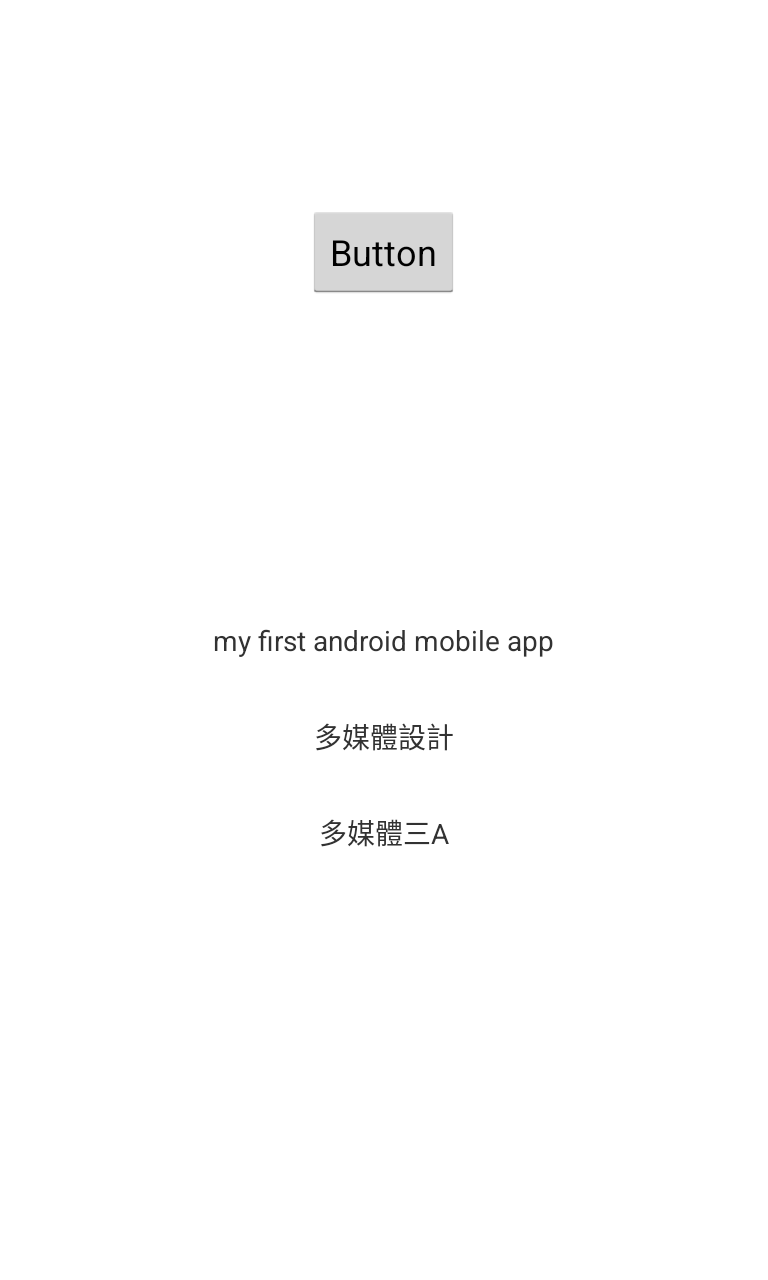
Repository: ericluo1123/myAndroidCode
Layout: myAndroidProject/res/layout/activity_main.xml
These files come from the project's save history. The layout is drawn as it stood at one moment and after the next save; the edit follows.
It is drawn on a 768 x 1280 px phone screen (xhdpi) without system bars, with theme AppTheme; the app's code is not run.

Above is the layout before, as saved 2014-09-25 23:58:50.

After the next save:
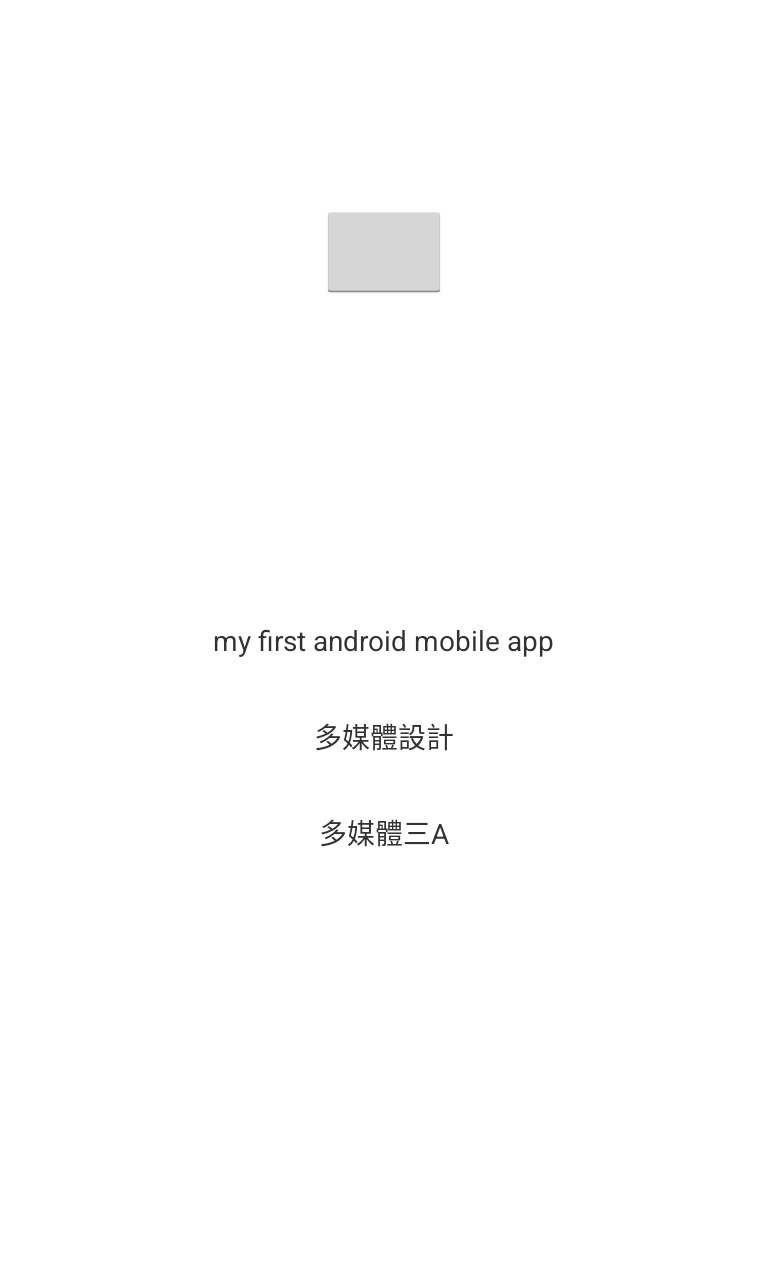
Saved 5 h 40 min later.
--- a/myAndroidProject/res/layout/activity_main.xml
+++ b/myAndroidProject/res/layout/activity_main.xml
@@ -40,7 +40,6 @@
         android:layout_height="wrap_content"
         android:layout_alignParentTop="true"
         android:layout_centerHorizontal="true"
-        android:layout_marginTop="86dp"
-        android:text="Button" />
+        android:layout_marginTop="86dp" />
 
 </RelativeLayout>
